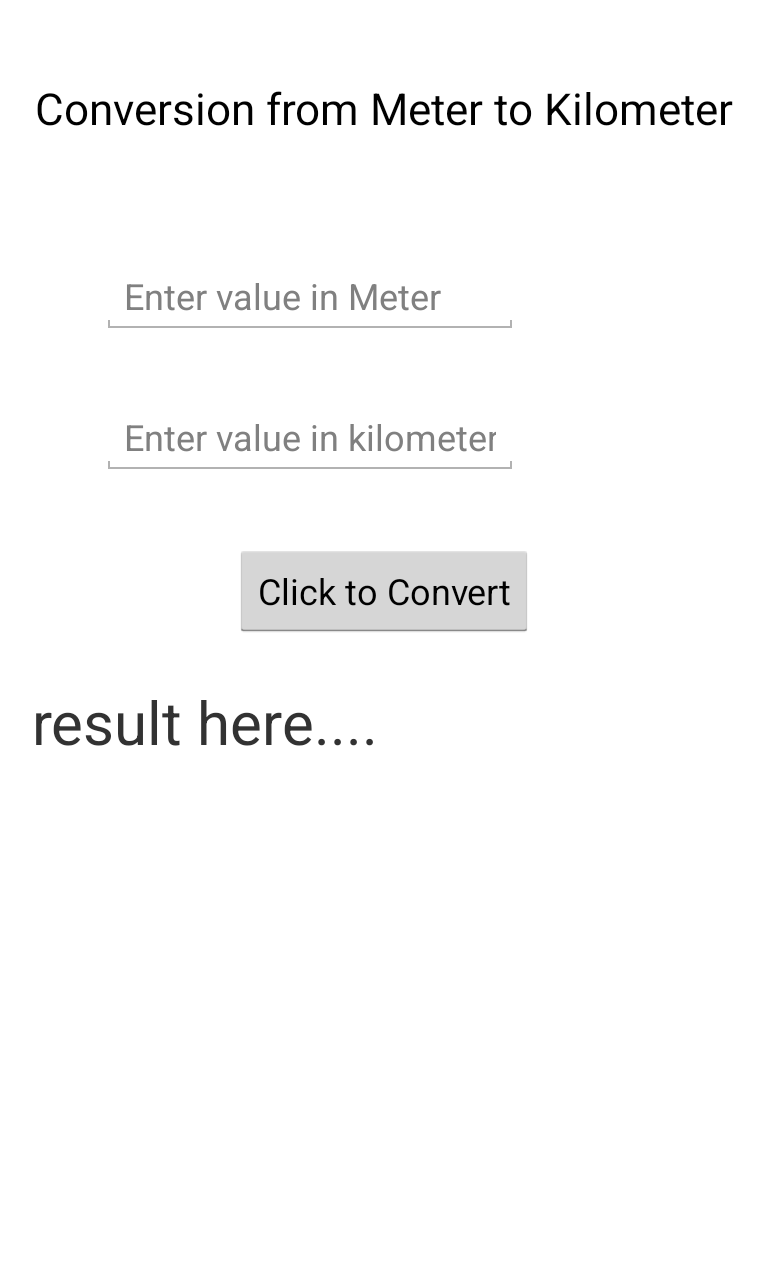
Repository: Shruthi06/designed-droid
Layout: Mock_converter/res/layout/activity_main.xml
An editor plug-in stored every save of this project. The layout is shown before and after the next save, followed by the edit.
It is drawn on a 768 x 1280 px phone screen (xhdpi) without system bars, with theme AppTheme; the app's code is not run.

Above is the layout before, as saved 2016-02-08 09:10:04.

After the next save:
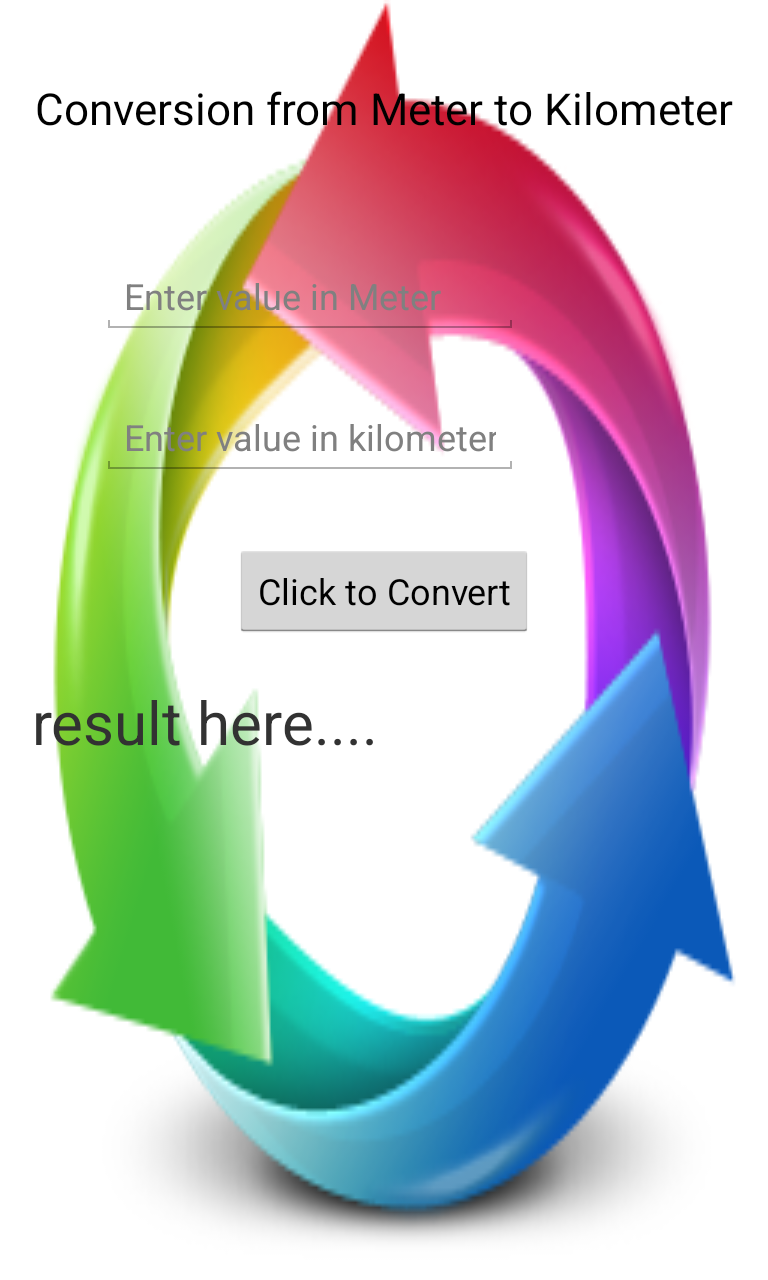
Saved 2 min 16 s later.
--- a/Mock_converter/res/layout/activity_main.xml
+++ b/Mock_converter/res/layout/activity_main.xml
@@ -6,6 +6,7 @@
     android:paddingLeft="@dimen/activity_horizontal_margin"
     android:paddingRight="@dimen/activity_horizontal_margin"
     android:paddingTop="@dimen/activity_vertical_margin"
+    android:background="@drawable/crosspatform"
     tools:context=".MainActivity" >
 
     <EditText
